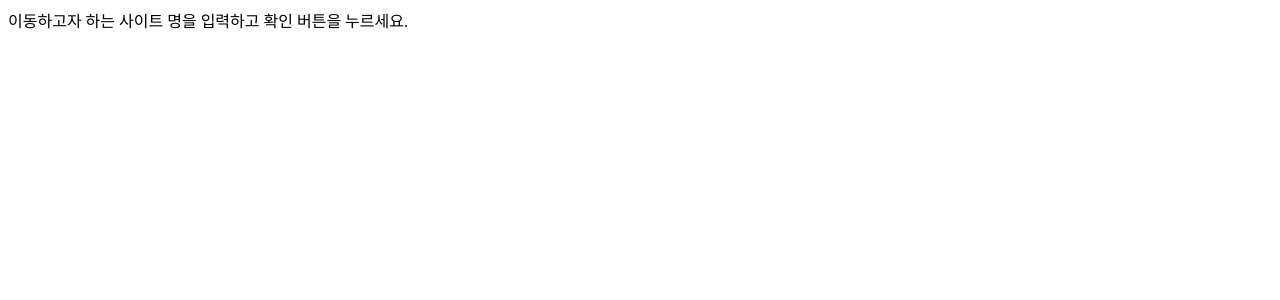
Repository: usonihs/StudyX
Page: http://localhost/JSP/Response_02.jsp
The author's editor kept a copy of each file at every save. The page is drawn from the files as they stood at one save, then again after the next save.
The browser window is 1280 px wide. The pictures show the whole page.
The page is served by Tomcat 9.

Above is the page before, as saved 2022-10-20 07:58:36.

After the next save:
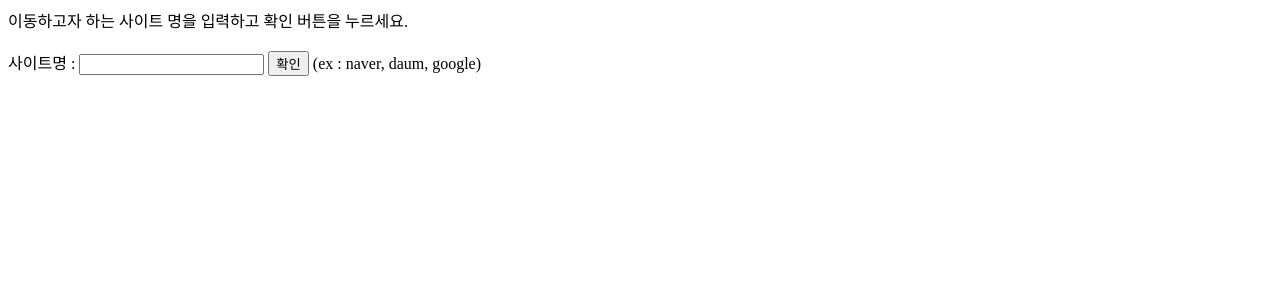
Saved 93 s later.
--- a/JSP/JSP/src/main/webapp/Response_02.jsp
+++ b/JSP/JSP/src/main/webapp/Response_02.jsp
@@ -9,5 +9,11 @@
 <body>
 	이동하고자 하는 사이트 명을 입력하고 확인 버튼을 누르세요.
 	<br>
+	<br>
+	<form action="response_03.jsp" method="get">
+		사이트명 : <input type="text" name="sitename">
+				<input type="submit" value="확인">
+				(ex : naver, daum, google)
+	</form>
 </body>
 </html>
